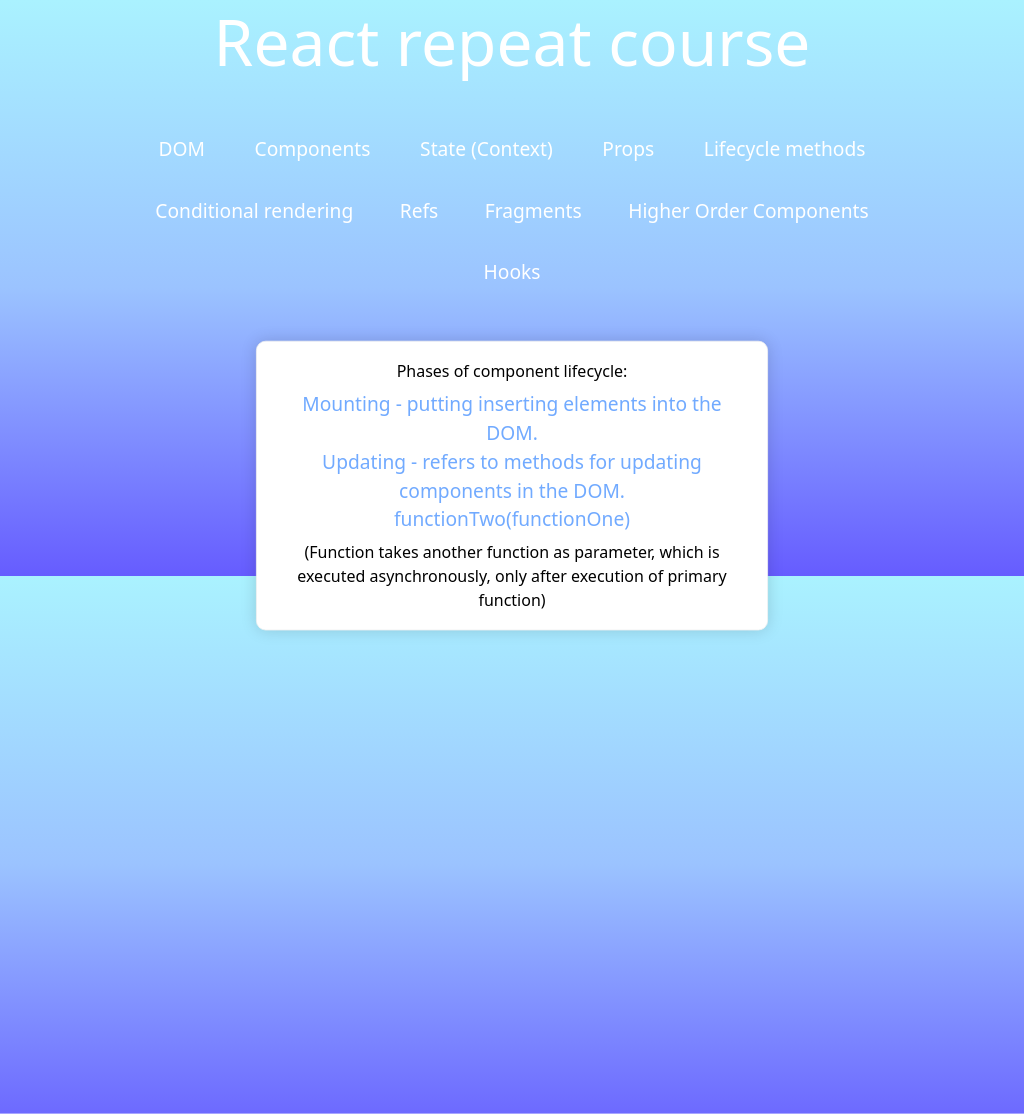
Repository: michalgornicki/github
Page: /#/Lifecycle
An editor plug-in stored every save of this project. The page is shown before and after a run of saves, followed by the edit.
The browser window is 1280 px wide. The pictures show the whole page, at 80% of full size.
Backgrounds fixed to the window are drawn as part of the page. The project was rebuilt for these pictures with package versions that can differ from the ones it lists, and the page was loaded fresh each time. Also part of the build but not shown: src/components/dom.jsx, src/components/components.jsx, src/components/state.jsx, src/components/props.jsx, src/components/conditional.jsx, src/components/refs.jsx, src/components/fragments.jsx, src/components/hoc.jsx and 1 more.

Above is the page before, as saved 2022-02-07 13:06:04.

### src/App.jsx
import React from "react";
import "./App.css";
import "bootstrap/dist/css/bootstrap.min.css";
import { Route, HashRouter as Router, Routes, Link } from "react-router-dom";
import DOM from "./components/dom.jsx";
import Components from "./components/components.jsx";
import State from "./components/state.jsx";
import Props from "./components/props.jsx";
import Lifecycle from "./components/lifecycle.jsx";
import Conditional from "./components/conditional.jsx";
import Refs from "./components/refs.jsx";
import Fragments from "./components/fragments.jsx";
import HOC from "./components/hoc.jsx";
import Hooks from "./components/hooks.jsx";

const App = () => {
  return (
    <Router>
      <div className="text-center">
        <div className="display-1 mt-1 mb-5 text-white">React repeat course</div>

        <div className="h4 d-flex w-75 m-auto my-5 justify-content-evenly flex-wrap text-white">
          <Link className="link-style m-3" to="/">
            DOM
          </Link>
          <Link className="link-style m-3" to="/Components">
            Components
          </Link>
          <Link className="link-style m-3" to="/State">
            State (Context)
          </Link>
          <Link className="link-style m-3" to="/Props">
            Props
          </Link>
          <Link className="link-style m-3" to="/Lifecycle">
            Lifecycle methods
          </Link>
          <Link className="link-style m-3" to="/Conditional">
            Conditional rendering
          </Link>
          <Link className="link-style m-3" to="/Refs">
            Refs
          </Link>
          <Link className="link-style m-3" to="/Fragments">
            Fragments
          </Link>
          <Link className="link-style m-3" to="/HOC">
            Higher Order Components
          </Link>
          <Link className="link-style m-3" to="/Hooks">
            Hooks
          </Link>
        </div>

        <Routes>
          <Route path="/" element={<DOM />} />
          <Route path="/Components" element={<Components />} />
          <Route path="/State" element={<State />} />
          <Route path="/Props" element={<Props />} />
          <Route path="/Lifecycle" element={<Lifecycle />} />
          <Route path="/Conditional" element={<Conditional />} />
          <Route path="/Refs" element={<Refs />} />
          <Route path="/Fragments" element={<Fragments />} />
          <Route path="/HOC" element={<HOC />} />
          <Route path="/Hooks" element={<Hooks />} />
        </Routes>
      </div>
    </Router>
  );
};

export default App;

### src/App.css
@import url('https://fonts.googleapis.com/css2?family=Catamaran:wght@400&display=swap');

body{
    font-family: 'Catamaran', sans-serif;
    overflow-x: hidden;
    padding-bottom: 80vh;
    height: auto;
    background: linear-gradient(rgb(170, 242, 255), rgb(155, 195, 255), rgb(102, 92, 255));
    background-attachment: fixed;
}

.js-item{
    color:rgb(0, 0, 0);
    font-size: 1.25rem;
    background-color: white;
    transition: 0.2s;
    padding: 3vh;
    margin-bottom: 4vh!important;
    border: 1px solid rgb(240, 240, 240);
    width: 50%;
    margin-left: auto;
    margin-right: auto;
    box-shadow: 0px 0px 20px rgba(0, 0, 0, 0.15);
    border-radius: 0.75rem;
}

.js-item:hover{
    cursor: pointer;
    background-color: rgb(240, 240, 240);
}

.text-color{
    margin: auto;
    padding: 0.5rem;
    width: fit-content;
    color:rgb(113, 170, 255)!important;
    font-size: 1.5rem;
    border-radius: 1rem;
}

.link-style{
    color: inherit;
    text-decoration: inherit;
    padding: 0.5rem;
    border-radius: 0.5rem;
}

.link-style:hover{
    color: rgb(113, 170, 255);
    text-decoration: inherit;
}

@media only screen and (max-device-width: 600px), (max-width: 600px) {

    .js-item{
        width: 95%;
    }

}

### src/components/lifecycle.jsx
const Lifecycle = () => {
  return (
    <div className="">
      <div className="js-item">
        {" "}
        <div className="">Phases of component lifecycle: </div>
        <div className="text-color">
          {`Mounting - putting inserting elements into the DOM.`} <br />
          {`Updating - refers to methods for updating components in the DOM.`} <br />
          {`functionTwo(functionOne)`}{" "}
        </div>{" "}
        (Function takes another function as parameter, which is executed asynchronously, only after execution of primary function)
      </div>
    </div>
  );
};

export default Lifecycle;

Loaded but not shown: public/index.html (common file); src/index.js (common file); src/index.css (common file); src/reportWebVitals.js (common file)

After the next 3 saves:
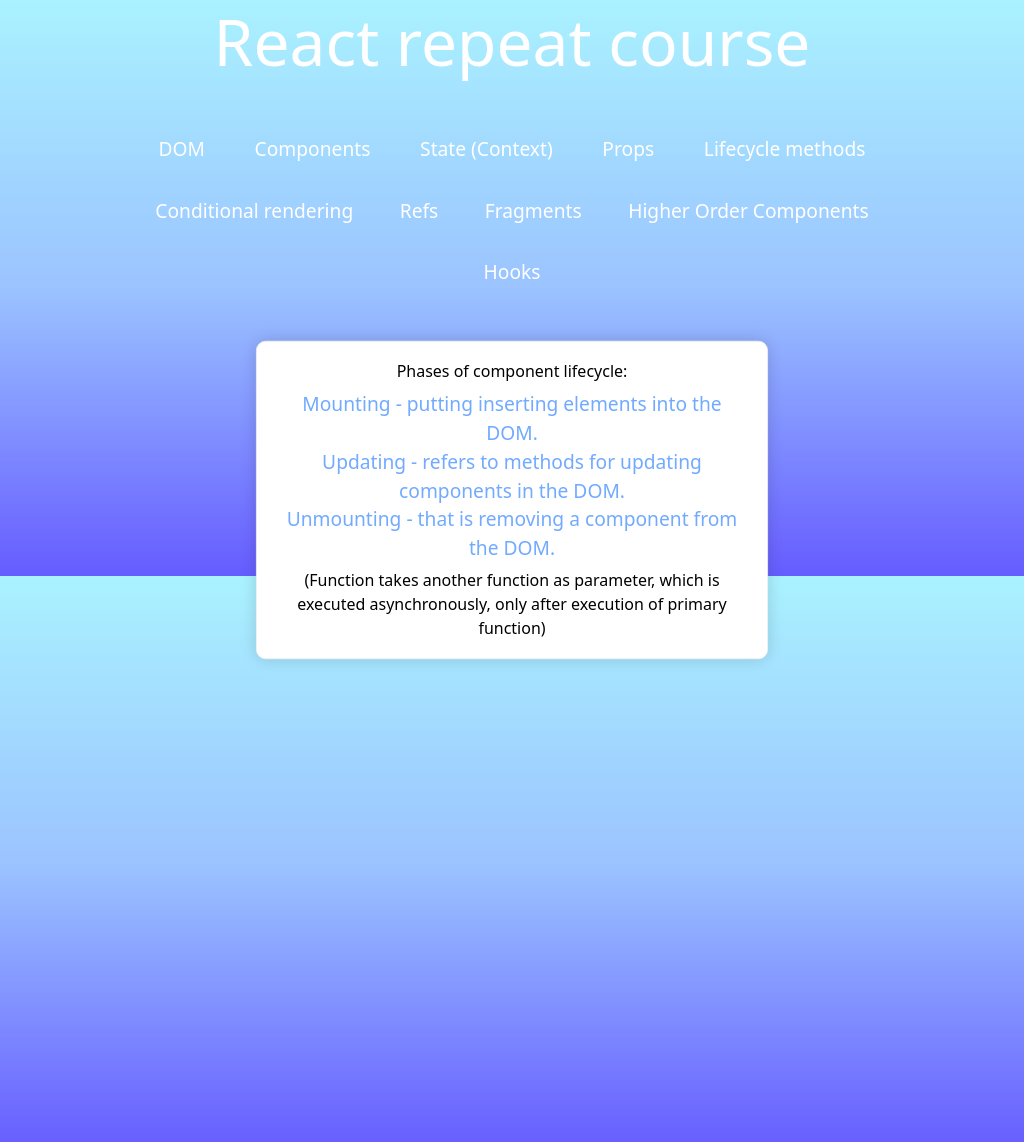
The 3 saves are shown as one change because they came seconds apart.
The last was saved 18 s later.
--- a/src/components/lifecycle.jsx
+++ b/src/components/lifecycle.jsx
@@ -7,7 +7,8 @@
         <div className="text-color">
           {`Mounting - putting inserting elements into the DOM.`} <br />
           {`Updating - refers to methods for updating components in the DOM.`} <br />
-          {`functionTwo(functionOne)`}{" "}
+          {`Unmounting - that is removing a component from the DOM.
+`}{" "}
         </div>{" "}
         (Function takes another function as parameter, which is executed asynchronously, only after execution of primary function)
       </div>
